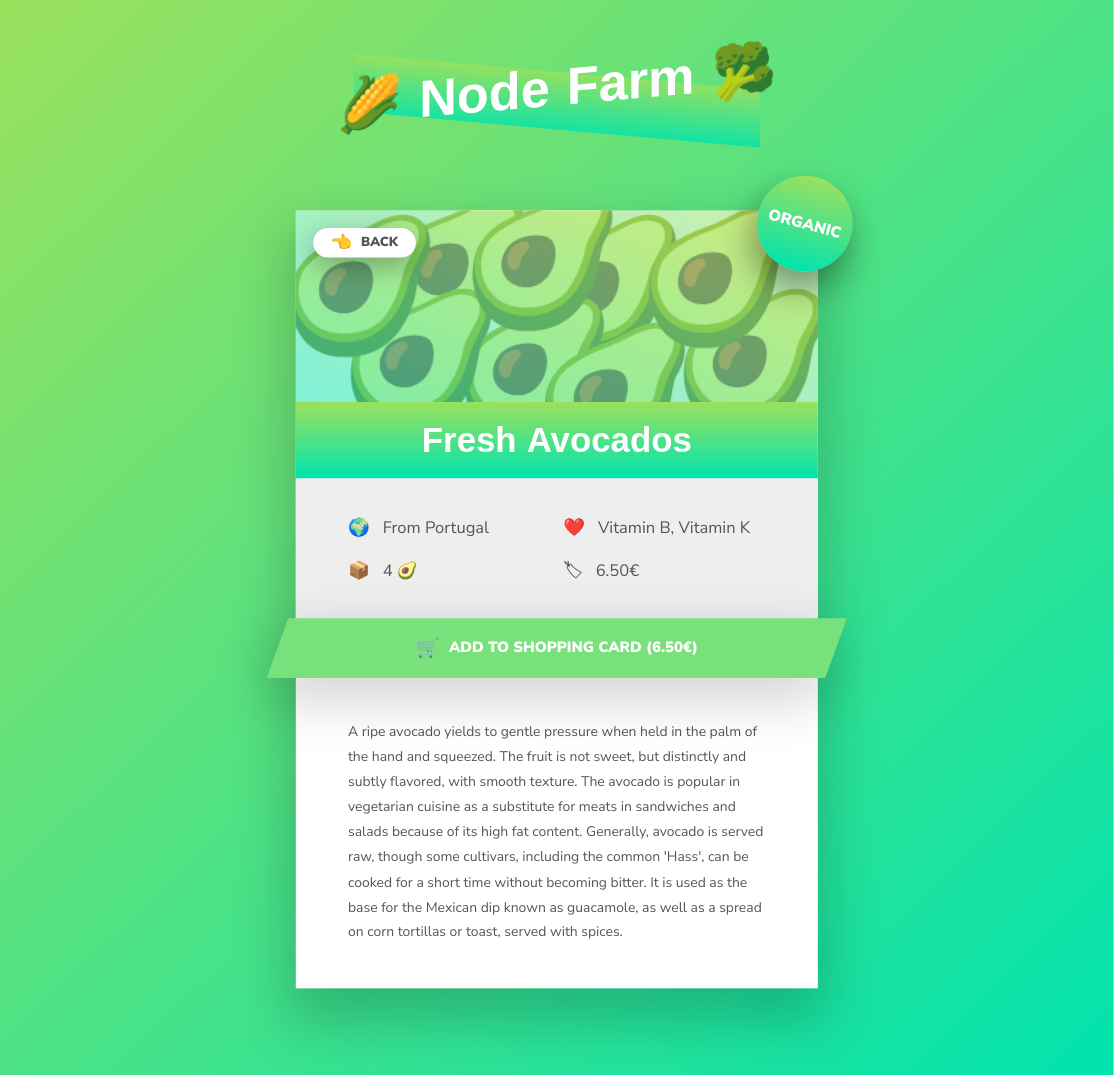
Repository: 13-Joban/Node_Farm_Backend
Page: templates/product.html
The author's editor kept a copy of each file at every save. The page is drawn from the files as they stood at one save, then again after a run of saves.
The browser window is 1280 px wide. The pictures show the whole page, at 87% of full size.
Some web fonts or font styles are not loaded; a fallback is used.

Above is the page before, as saved 2022-07-16 16:57:30.

After the next 2 saves:
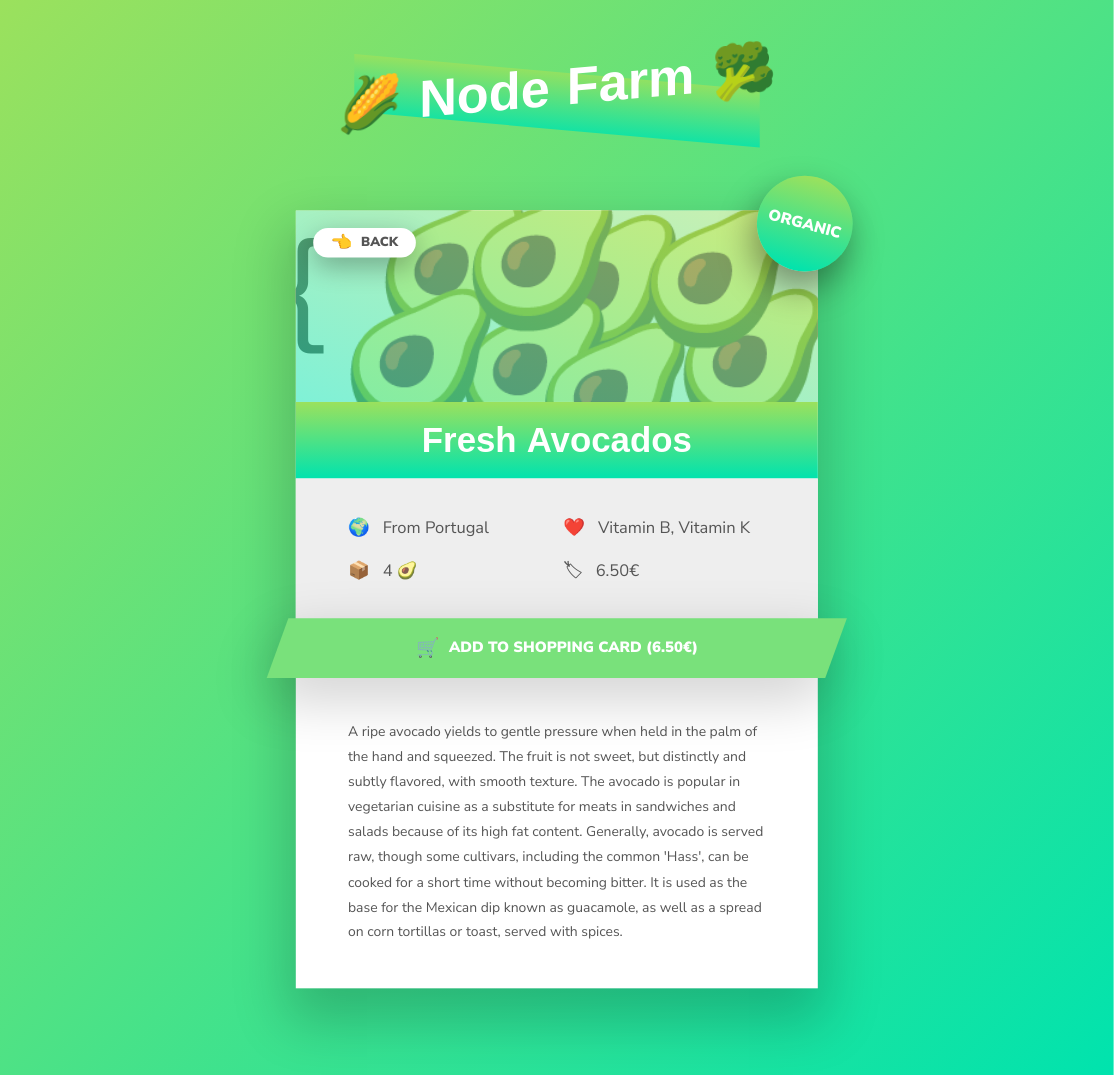
The 2 saves are shown as one change because they came seconds apart.
The last was saved 11 s later.
--- a/templates/product.html
+++ b/templates/product.html
@@ -275,7 +275,7 @@
           <span class="emoji-left">👈</span>Back
         </a>
         <div class="product__hero">
-          <span class="product__emoji product__emoji--1">🥑</span>
+          <span class="product__emoji product__emoji--1">{</span>
           <span class="product__emoji product__emoji--2">🥑</span>
           <span class="product__emoji product__emoji--3">🥑</span>
           <span class="product__emoji product__emoji--4">🥑</span>
